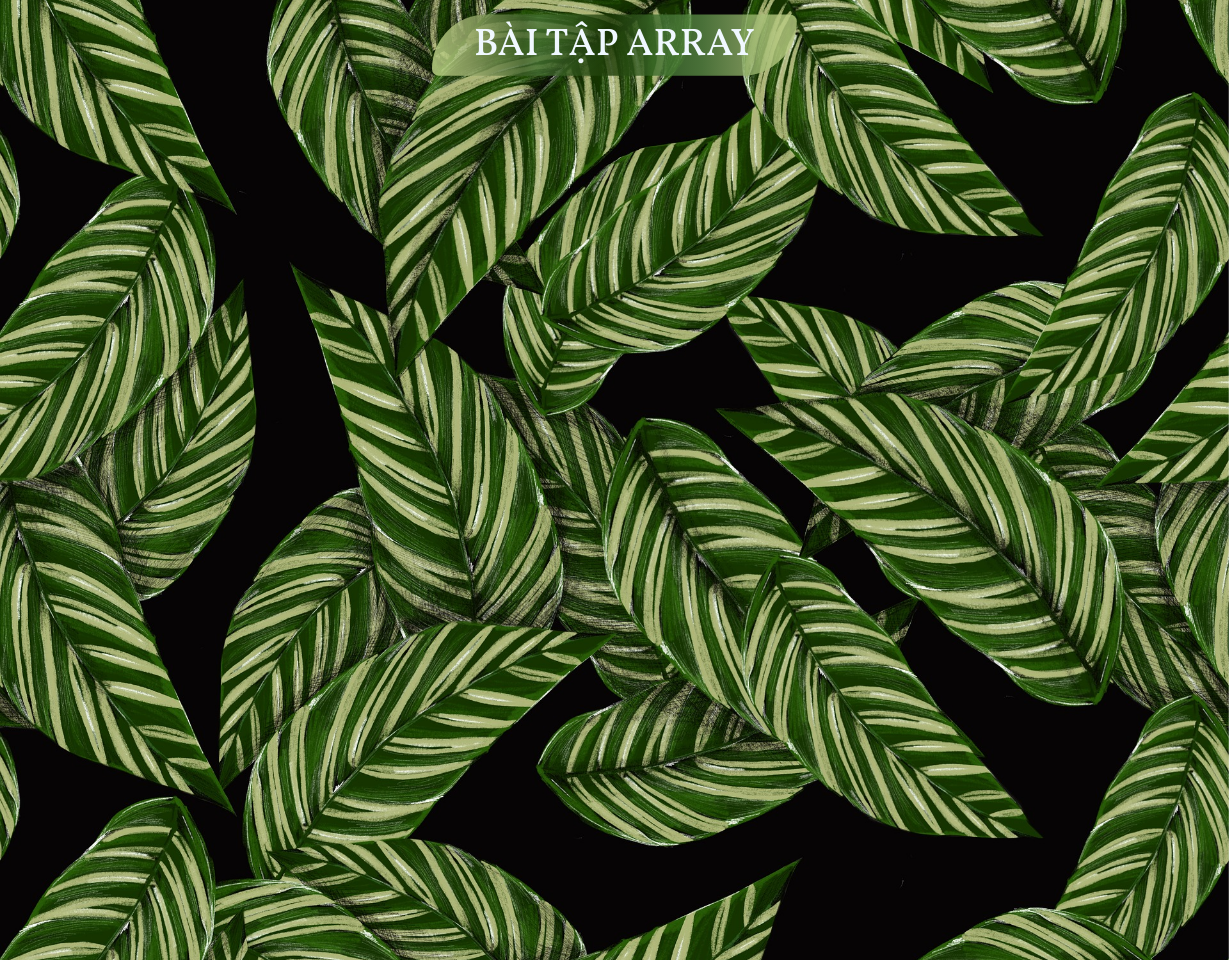
Repository: hcozyph/TranHuuPhuoc_BC43_BT_JS_Buoi7_8_ARRAY
Page: index.html
These files come from the project's save history. The page is drawn as it stood at one moment and after the next save; the edit follows.
The browser window is 1280 px wide. The pictures show the whole page, at 96% of full size.

Above is the page before, as saved 2023-02-20 22:10:11.

After the next save:
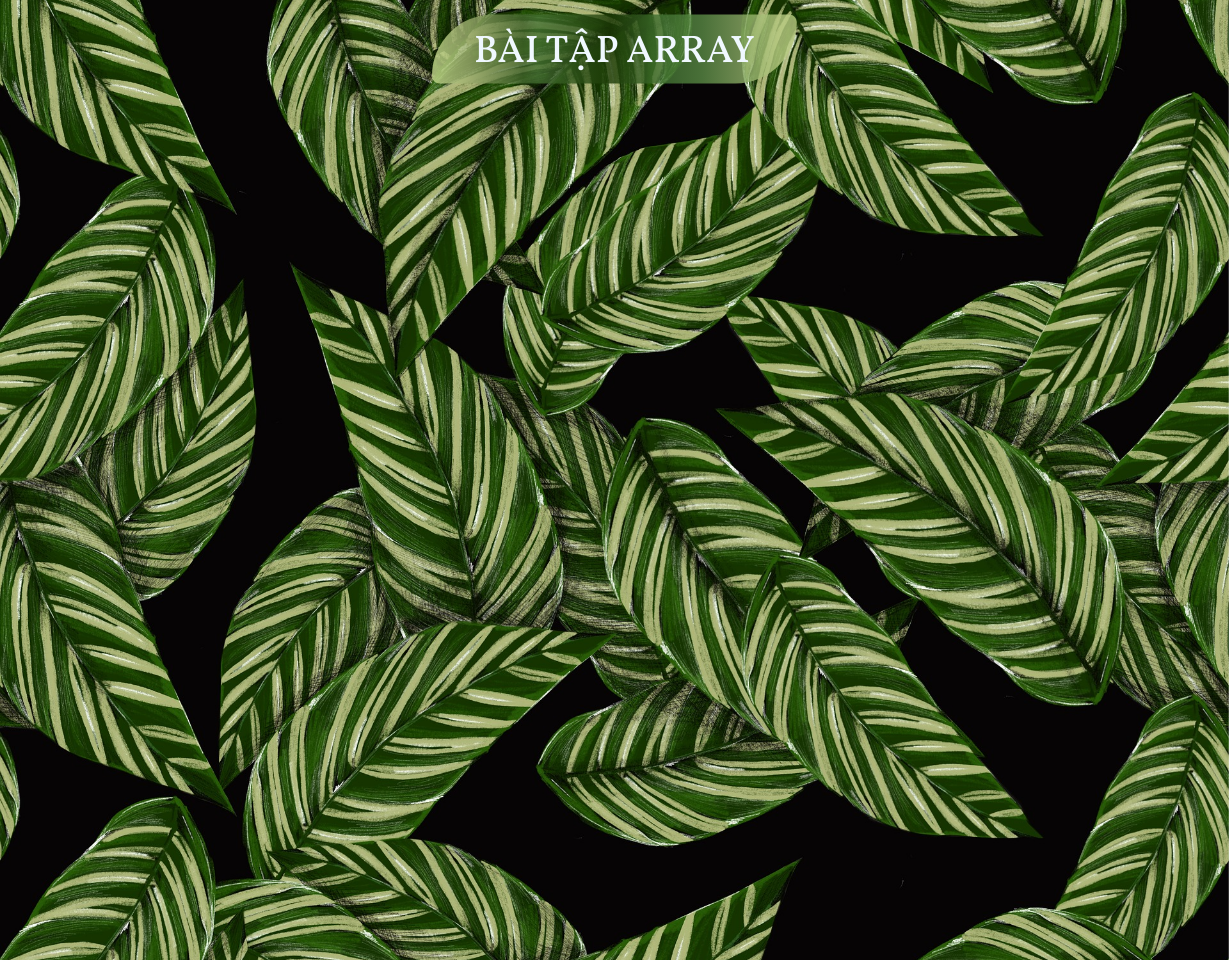
Saved 10 s later.
--- a/index.html
+++ b/index.html
@@ -29,7 +29,7 @@
 
     <body>
         <div class="container">
-            <div class="bt-array-title">
+            <div class="bt-array-title pt-2">
                 <h1 class="text-center p-2">BÀI TẬP ARRAY</h1>
             </div>
 
